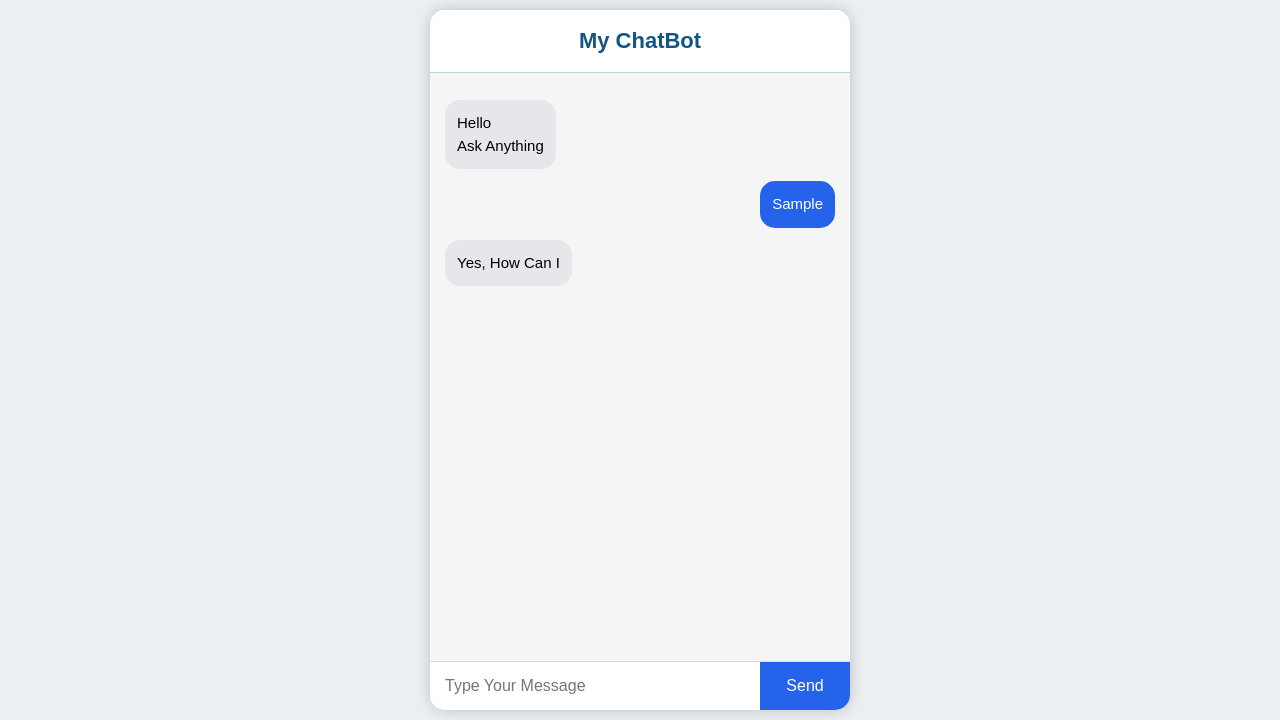
Repository: nt269782-web/Offline-ChatBot
Page: front.html
The author's editor kept a copy of each file at every save. The page is drawn from the files as they stood at one save, then again after a run of saves.
The browser window is 1280 px wide. The pictures show the whole page.
Empty fields were first filled with sample values (such as "Sample", 5 or name@example.com).
After loading, the first visible `button` was clicked once.
The page's requests for data from a server got no answer.

Above is the page before, as saved 2026-07-11 11:29:00.

### front.html
<!DOCTYPE html>
<html lang="en">
<head>
    <meta charset="UTF-8">
    <meta name="viewport" content="width=device-width, initial-scale=1.0">
    <title>Document</title>
    <style>
        *{
            margin:0;
            padding:0;
        box-sizing:border-box;
        font-family:Arial,sans-serif;
        }

        body{
            background: #eceff1;
            display: flex;
            justify-content: center;
            align-items: center;
            height: 100vh;
        }
        .chat-container {
            width: 420px;
            height: 700px;
            overflow: hidden;
            display: flex;
            flex-direction: column;
            background:#fff;
            border-radius:15px;
            box-shadow:0 0 15px rgba(0,0,0,.2);


        }
        .header{
            background-color: rgb(255, 255, 255);
            color: #135683;
            text-align: center;
            font-size: 22px;
            font-weight: bold;
            padding: 18px;
            border-bottom: 1px solid #add;

        }


        .chat-box{
            flex: 1;
            overflow: auto;
            padding: 15px;
            background: #f5f5f5;



        }
        .message{
            display: flex;
            margin: 12px 0;

        }
        .bot{
            justify-content: flex-start;
        }

        .user{
            justify-content: flex-end;
        }



        .bubble{
            max-width: 75%;
            padding: 12px;
            border-radius: 15px;
            font-size: 15px;
            line-height: 1.5;
        }

        .bot .bubble{
            background:#e5e7eb;
            color:#000;
        }

        .user .bubble{
            background:#2563eb;
            color:#fff;
        }

        .input-area{
            display:flex;
            border-top:1px solid #ddd;
        }
        input{
            flex: 1;
            border: none;
            padding: 15px;
            outline: none;
            font-size: 16px;
        }

        button{
        width:90px;
        border:none;
        background:#2563eb;
        color:white;
        font-size:16px;
        cursor:pointer;
    }

        button:hover{
            background:#1d4ed8;
        }


    </style>
</head>

<body>
    <div class="chat-container">
        <div class="header">
            My ChatBot
        </div>

        <div class="chat-box" id="chatBox">
            <div class="message bot">
                <div class="bubble">
                    Hello <br>
                    Ask Anything

                </div>
            </div>
        </div>

    <div class="input-area">
        <input type="text" id="userInput" placeholder="Type Your Message">
        <button onclick="sendMessage()">Send</button>
    </div>




    <script src="Java.js"></script>
</div>
</body>
</html>

### Java.js
const chatBox = document.getElementById("chatBox");

function sendMessage() {

    let input = document.getElementById("userInput");
    let text = input.value.trim();

    if (text === "") return;

    // User Message
    chatBox.innerHTML += `
        <div class="message user">
            <div class="bubble">${text}</div>
        </div>
    `;

    input.value = "";
    chatBox.scrollTop = chatBox.scrollHeight;

    // Backend Request
    fetch("http://localhost:8080/chat", {
        method: "POST",
        headers: {
            "Content-Type": "application/json"
        },
        body: JSON.stringify({
            message: text
        })
    })
    .then(response => response.json())
    .then(data => {

        chatBox.innerHTML += `
            <div class="message bot">
                <div class="bubble">
                    ${data.reply}
                </div>
            </div>
        `;

        chatBox.scrollTop = chatBox.scrollHeight;

    })
    .catch(error => {

        chatBox.innerHTML += `
            <div class="message bot">
                <div class="bubble">
                    Yes,
                    How Can I
                </div>
            </div>
        `;

        console.error(error);

    });

}

document.getElementById("userInput").addEventListener("keypress", function (e) {
    if (e.key === "Enter") {
        sendMessage();
    }
});

After the next 4 saves:
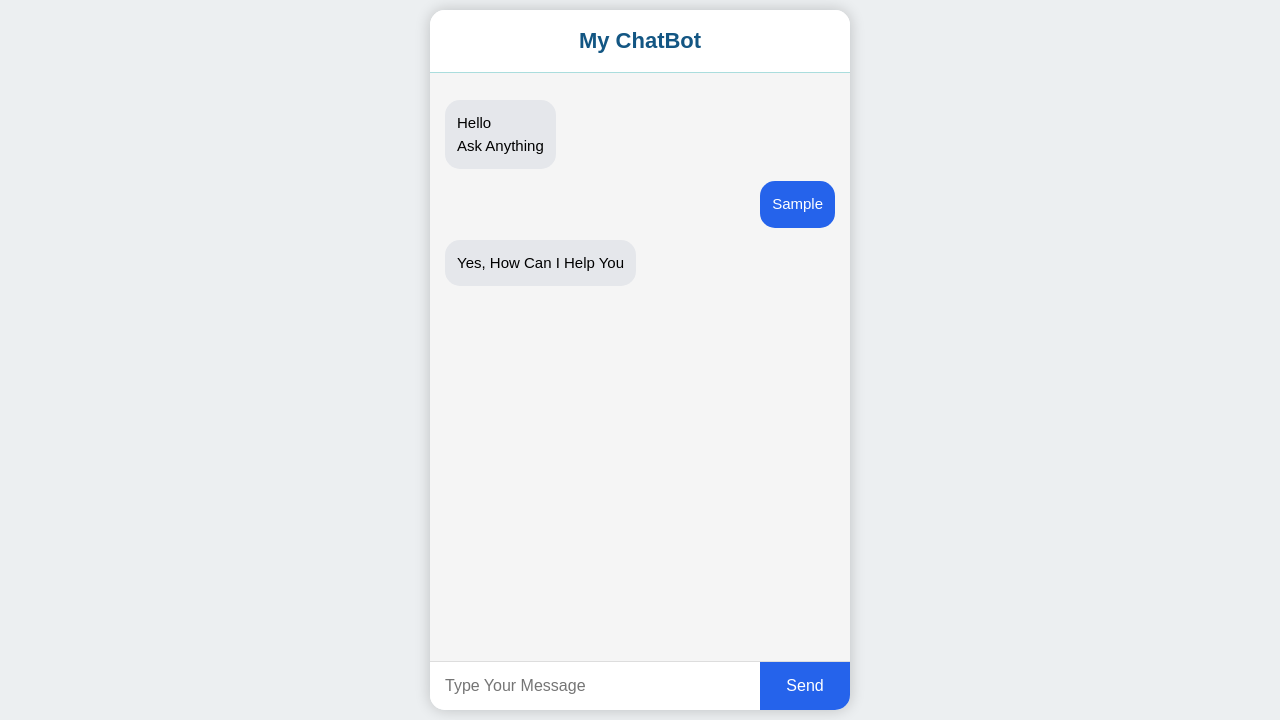
The 4 saves are shown as one change because they came seconds apart.
The last was saved 8 s later.
--- a/Java.js
+++ b/Java.js
@@ -47,7 +47,7 @@ function sendMessage() {
             <div class="message bot">
                 <div class="bubble">
                     Yes,
-                    How Can I
+                    How Can I Help You
                 </div>
             </div>
         `;
